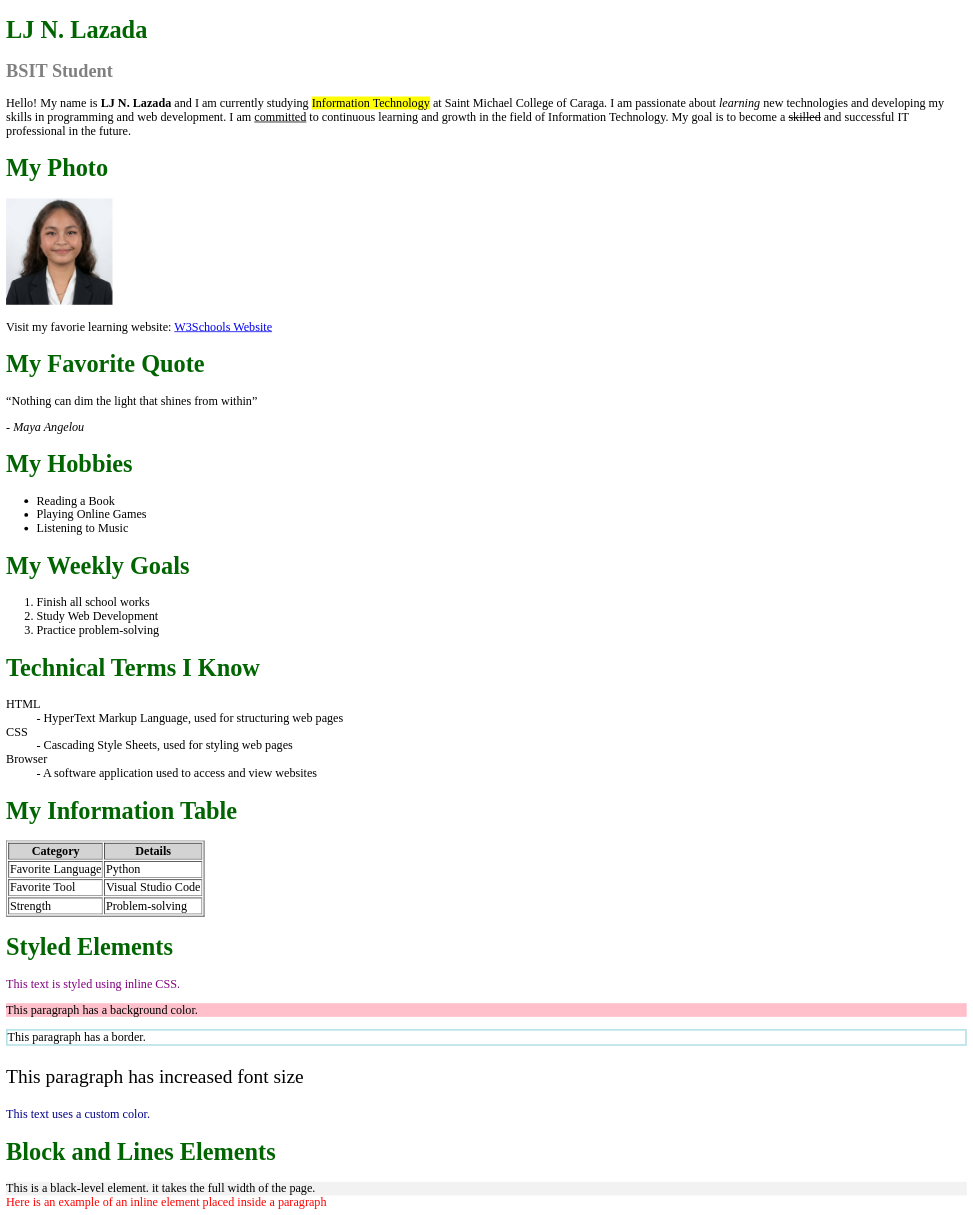
Repository: ljlazada11/myfirsthtml
Page: index.html
An editor plug-in stored every save of this project. The page is shown before and after the next save, followed by the edit.
The browser window is 1280 px wide. The pictures show the whole page, at 76% of full size.

Above is the page before, as saved 2026-06-24 21:18:18.

### index.html
<!DOCTYPE html>
<html lang="en">
<head>
    <meta charset="UTF-8">
    <meta name="viewport" content="width=device-width, initial-scale=1.0">
    <title>My Personal Web Profile</title>
    <link rel="icon" type="image/x-icon" href="images.png">

</head>
<body>
    <h1 style="color:darkgreen;">LJ N. Lazada</h1>
    <h2 style="color:gray;">BSIT Student</h2>
    <p>Hello! My name is <strong>LJ N. Lazada</strong> and I am currently studying <mark>Information Technology</mark> at Saint Michael College of Caraga. I am passionate about <i>learning</i> new technologies and developing my skills in programming and web development. I am <ins>committed</ins> to continuous learning and growth in the field of Information Technology. My goal is to become a <del>skilled</del> and successful IT professional in the future.</p>
</body>
    <h1 style="color:darkgreen;">My Photo</h1>
    <img src="pic.jpg" alt="My	Profile	Picture" width="140" height="140">
    <p> Visit my favorie learning website: <a href="https://www.w3schools.com/html/default.asp" target="_blank">W3Schools	Website</a></p>

<body>
    <h1 style="color:darkgreen;">My Favorite Quote</h1>
    <p><q>Nothing can dim the light that shines from within</q></p>
    <p><cite>- Maya Angelou</cite></p>
</body>
    <h1 style="color:darkgreen">My Hobbies</h1>
    <ul>
        <li>Reading a Book</li>
        <li>Playing Online Games</li>
        <li>Listening to Music</li>
    </ul>
</body>
    <h1 style="color:darkgreen">My Weekly Goals</h1>
    <ol>
        <li>Finish all school works</li>
        <li>Study Web Development</li>
        <li>Practice problem-solving</li>
    </ol>
<body>
    <h1 style="color:darkgreen">Technical Terms I Know</h1>
    <dl>
        <dt>HTML</dt>
        <dd>- HyperText Markup Language, used for structuring web pages</dd>
        <dt>CSS</dt>
        <dd>- Cascading Style Sheets, used for styling web pages</dd>
        <dt>Browser</dt>
        <dd>- A software application used to access and view websites</dd>
    </dl>
</body>
    <h1 style="color:darkgreen">My Information Table</h1>
<table border="1">
    <tr>
        <th style="background-color:lightgray;">Category</th>
        <th style="background-color:lightgray;">Details</th>
    </tr>
    <tr>
        <td>Favorite Language</td>
        <td>Python</td>
    </tr>
    <tr>
        <td>Favorite Tool</td>
        <td>Visual Studio Code</td>
    </tr>
    <tr>
        <td>Strength</td>
        <td>Problem-solving</td>
    </tr>
</table>
<body>
    <h1 style="color:darkgreen">Styled Elements</h1>
    <p style="color:purple;">This text is styled using inline CSS.</p>
    <p style="background-color:pink;">This paragraph has a background color.</p>
    <p style="border: 2px solid powderblue;">This paragraph has a border.</p>
    <p style="color: black; font-family: san serif; font-size: 160%;">This paragraph has increased font size</p>
    <p style="color: darkblue;">This text uses a custom color.</p>
</body>
    <h1 style="color:darkgreen;">Block and Lines Elements</h1>
    <div style="background:#f2f2f2;">This is a black-level element. it takes the full width of the page.</div>
    <span style="color:red;">Here is an example of an inline element placed inside a paragraph</span>

</html>

After the next save:
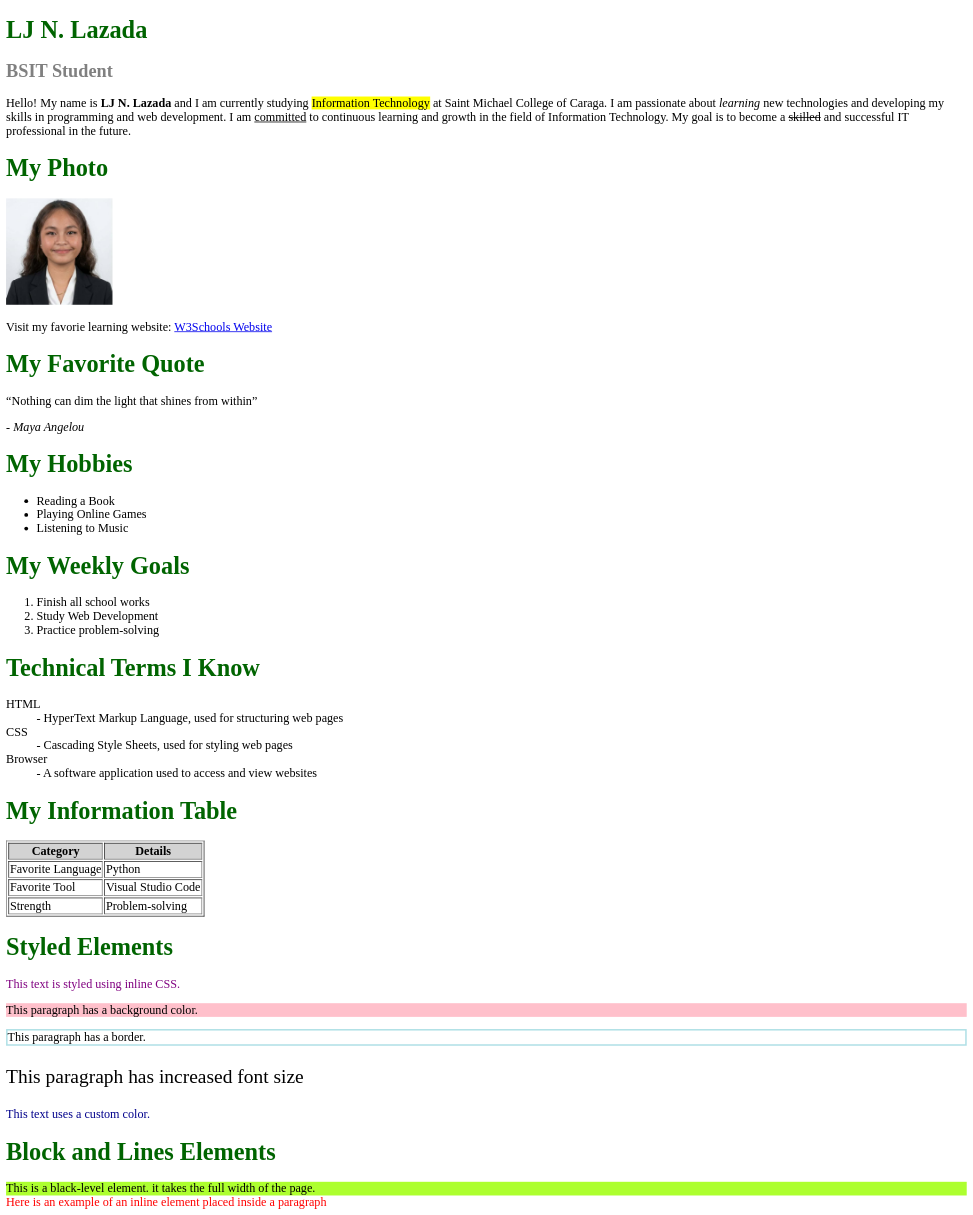
Saved 27 s later.
--- a/index.html
+++ b/index.html
@@ -73,7 +73,7 @@
     <p style="color: darkblue;">This text uses a custom color.</p>
 </body>
     <h1 style="color:darkgreen;">Block and Lines Elements</h1>
-    <div style="background:#f2f2f2;">This is a black-level element. it takes the full width of the page.</div>
+    <div style="background:greenyellow;">This is a black-level element. it takes the full width of the page.</div>
     <span style="color:red;">Here is an example of an inline element placed inside a paragraph</span>
 
 </html>
